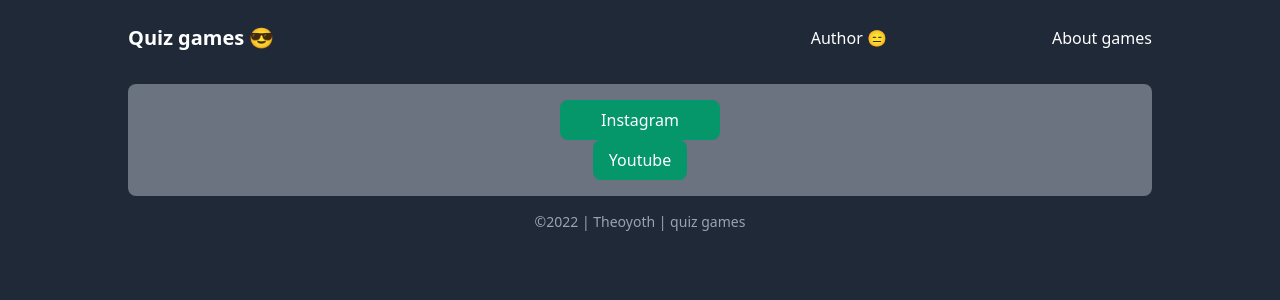
Repository: theoyoth/quiz-game
Page: /author
An editor plug-in stored every save of this project. The page is shown before and after the next save, followed by the edit.
The browser window is 1280 px wide. The pictures show the whole page.
The project was rebuilt for these pictures with package versions that can differ from the ones it lists, and the page was loaded fresh each time. The framework's server and built-in components were replaced by stand-ins that run in the browser. Also part of the build but not shown: nuxt.config.js, components/EndPage.vue, components/Loading.vue, layouts/404.vue, layouts/error.vue, layouts/errorLayout.vue.

Above is the page before, as saved 2022-06-16 20:11:36.

### assets/css/main.css
@tailwind base;
@tailwind components;
@tailwind utilities;


/* hide scrollbar */
/* ================================ */
* {
  /* for explorer, edge */
  -ms-overflow-style: none;
  /* for firefox */
  scrollbar-width: none;
}
::-webkit-scrollbar {
  /* for chrome, safari, and opera */
  display: none;
}
/* ================================ */

.correct {
  background-color: rgb(23, 87, 170);
}
.incorrect {
  background-color: rgb(204, 49, 41);
}

### components/Footer.vue
.<template>
  <div class="text-center mt-4">
    <p class="text-sm text-gray-400">&copy;2022 | Theoyoth | quiz games</p>
  </div>
</template>

<script>
export default {

}
</script>

### components/Header.vue
<template>
  <div class="flex justify-between items-center">
    <div>
      <h2 class="font-bold text-xl">
        <NuxtLink to="/">Quiz games 😎</NuxtLink>
      </h2>
    </div>
    <div class="lg:w-1/3 sm:w-1/2 md:w-1/3 xl:w-1/3 flex justify-between items-center">
      <NuxtLink to="/author">Author 😑</NuxtLink>
      <NuxtLink to="/about">About games</NuxtLink>
    </div>
  </div>
</template>

<script>
export default {

}
</script>

### components/Main.vue
<template>
  <div>
    <div class="lg:px-10 md:px-8 sm:px-4 xl:px-32 py-6 min-h-screen bg-gray-800 text-white">
    <Header />
      <NuxtChild />
    <Footer />
    </div>
  </div>
</template>

<script>
export default {

}
</script>

### layouts/default.vue
<template>
  <Main>
      <Nuxt />
  </Main>
</template>

### pages/author.vue
<template>
  <div>
    <div class="bg-gray-500 rounded-lg py-4 flex flex-col items-center justify-around mt-8">
      <a href="https://www.instagram.com/theoyoth/" target="_blank" class="bg-green-600 py-2 w-40 rounded-lg text-center">
        <button>Instagram</button>
      </a>
      <!-- <a href="/game" target="_blank" class="bg-green-600 py-2 px-4 rounded-lg text-center">
        <button>Facebook</button>
      </a> -->
      <a href="/game" target="_blank" class="bg-green-600 py-2 px-4 rounded-lg text-center">
        <button>Youtube</button>
      </a>
    </div>
  </div>
</template>

<script>
export default {

}
</script>

### tailwind.config.js
/** @type {import('tailwindcss').Config} */
module.exports = {
  content: [
    "./components/**/*.{js,vue,ts}",
    "./layouts/**/*.vue",
    "./pages/**/*.vue",
    "./plugins/**/*.{js,ts}",
    "./nuxt.config.{js,ts}",
  ],
  theme: {
    extend: {},
    screens: {
      sm: "410px",
      md: "640px",
      lg: "770px",
      xl: "1024px",
    },
  },
  plugins: [],
};

After the next save:
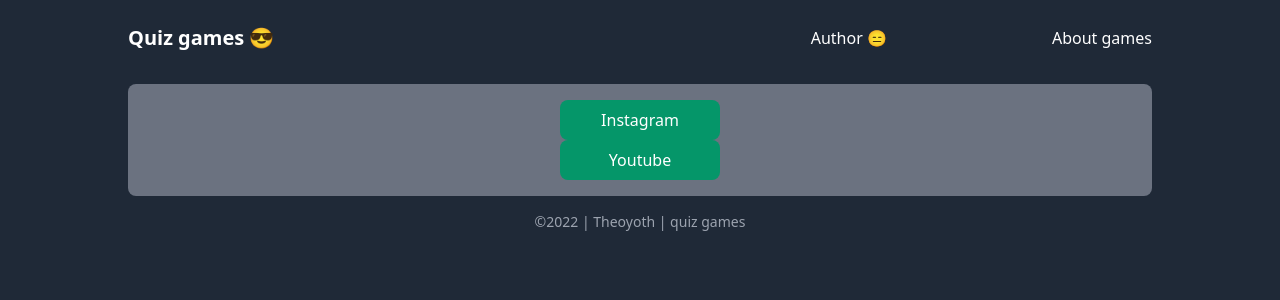
Saved 19 s later.
--- a/pages/author.vue
+++ b/pages/author.vue
@@ -7,7 +7,7 @@
       <!-- <a href="/game" target="_blank" class="bg-green-600 py-2 px-4 rounded-lg text-center">
         <button>Facebook</button>
       </a> -->
-      <a href="/game" target="_blank" class="bg-green-600 py-2 px-4 rounded-lg text-center">
+      <a href="/game" target="_blank" class="bg-green-600 py-2 w-40 rounded-lg text-center">
         <button>Youtube</button>
       </a>
     </div>
